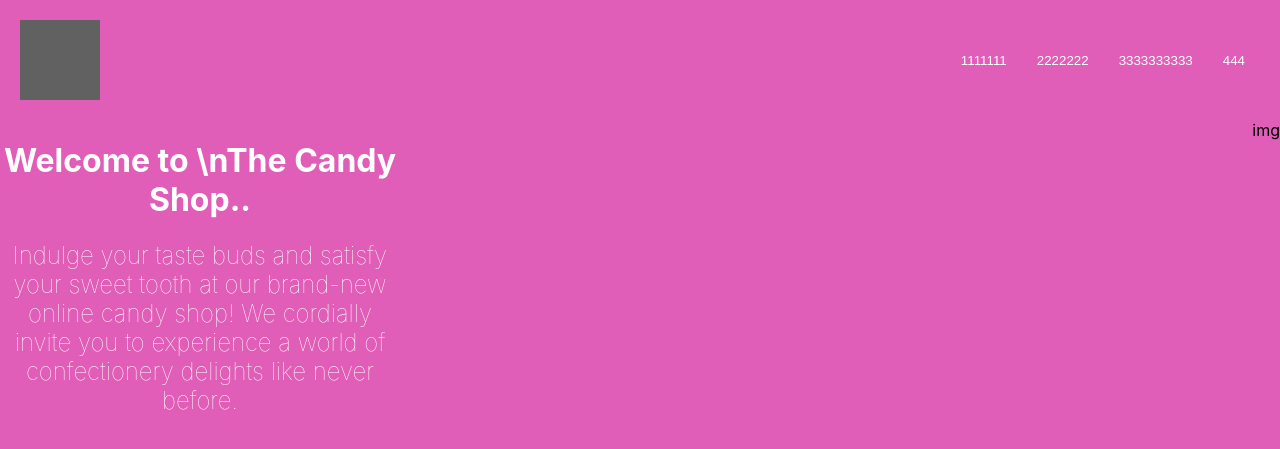
Repository: nika-otter/CandyShop
Page: /
These files come from the project's save history. The page is drawn as it stood at one moment and after the next save; the edit follows.
The browser window is 1280 px wide. The pictures show the whole page.
Pictures or frames that could not be fetched are drawn as grey boxes. An inner scrolling area shows only its first screen. The project was rebuilt for these pictures with package versions that can differ from the ones it lists, and the page was loaded fresh each time.

Above is the page before, as saved 2023-06-10 16:54:47.

### src/App.js
import "./App.css";
import Main from "./Pages/Main";

function App() {
  return (
    <div className="App">
      <Main />
    </div>
  );
}

export default App;

### src/App.css
.App {
  text-align: center;
  /* scrollbar-width: none; */
}

.App-logo {
  height: 40vmin;
  pointer-events: none;
}

@media (prefers-reduced-motion: no-preference) {
  .App-logo {
    animation: App-logo-spin infinite 20s linear;
  }
}

.App-header {
  background-color: #282c34;
  min-height: 100vh;
  display: flex;
  flex-direction: column;
  align-items: center;
  justify-content: center;
  font-size: calc(10px + 2vmin);
  color: white;
}

.App-link {
  color: #61dafb;
}

@keyframes App-logo-spin {
  from {
    transform: rotate(0deg);
  }
  to {
    transform: rotate(360deg);
  }
}

### src/Pages/Main.jsx
import Cupcake from "../components/Cupcake";
import Map from "../components/Map";
import Reviews from "../components/Reviews";
import We from "../components/We";
import WhatWeDo from "../components/WhatWeDo";
import classes from "./Main.module.scss";

function Main() {
  return (
    <div className={classes.container}>
      <Cupcake />
      <We />
      <WhatWeDo />
      <Reviews />
      <Map />
    </div>
  );
}

export default Main;

### src/components/Cupcake.jsx
import classes from "./Cupcake.module.scss";
import Nav from "./Nav";
function Cupcake() {
  return (
    <div className={classes.container}>
      <Nav />
      <div className={classes.content}>
        <div className={classes.info}>
          <h1 className={classes.cupcake__title}>
            Welcome to \nThe Candy Shop..
          </h1>
          <h2 className={classes.cupcake__subtitle}>
            Indulge your taste buds and satisfy your sweet tooth at our
            brand-new online candy shop! We cordially invite you to experience a
            world of confectionery delights like never before.
          </h2>
        </div>
        <div className={classes.cupcake}>img</div>
      </div>
    </div>
  );
}

export default Cupcake;

### src/components/Map.jsx
import classes from "./Map.module.scss";
function Map() {
  return <div className={classes.container}></div>;
}

export default Map;

### src/components/Reviews.jsx
import classes from "./Reviews.module.scss";
function Reviews() {
  return <div className={classes.container}>Reviews</div>;
}

export default Reviews;

### src/components/We.jsx
import classes from "./We.module.scss";
function We() {
  return <div className={classes.container}>We</div>;
}

export default We;

### src/components/WhatWeDo.jsx
import classes from "./WhatWeDo.module.scss";
function WhatWeDo() {
  return <div className={classes.container}>WhatWeDo</div>;
}

export default WhatWeDo;

### src/Pages/Main.module.scss
.container {
  height: 100vh;
  background-color: pink;
  scroll-snap-type: y mandatory;
  scroll-behavior: smooth;
  overflow-y: auto;
  scrollbar-width: none;
  &::-webkit-scrollbar {
    display: none;
  }
}

### src/components/Cupcake.module.scss
.container {
  height: 100vh;
  background-color: rgb(224, 94, 183);
  scroll-snap-align: center;
}
.content {
  display: flex;
  justify-content: space-between;
}
.info {
  width: 400px;
}
.cupcake__title {
  //   font-size: large;
  color: white;
}
.cupcake__subtitle {
  color: white;
  font-weight: 100;
}
.cupcake {
  //   width: 500vw;
}

### src/components/Nav.jsx
import classes from "./Nav.module.scss";
function Nav() {
  return (
    <nav className={classes.container}>
      <img
        src="https://cdn-icons-png.flaticon.com/512/1888/1888765.png"
        alt=""
      />
      <div>
        {" "}
        <button>1111111</button>
        <button>2222222</button>
        <button>3333333333</button>
        <button>444</button>
      </div>
    </nav>
  );
}

export default Nav;

### src/components/Map.module.scss
.container {
  height: 100vh;
  background-color: rgb(205, 127, 140);
  scroll-snap-align: center;
}

### src/components/Reviews.module.scss
.container {
  height: 100vh;
  background-color: pink;
  scroll-snap-align: center;
}

### src/components/We.module.scss
.container {
  height: 100vh;
  background-color: rgb(209, 183, 188);
  scroll-snap-align: center;
}

### src/components/WhatWeDo.module.scss
.container {
  height: 100vh;
  background-color: rgb(171, 116, 125);
  scroll-snap-align: center;
}

### src/components/Nav.module.scss
.container {
  display: flex;
  justify-content: space-between;
  padding: 20px;
  max-width: 1400px;
  align-items: center;
  img {
    width: 80px;
    height: 80px;
    filter: invert(100%);
  }
  button {
    background-color: transparent;
    border: none;
    cursor: pointer;
    padding: 5px;
    margin: 10px;
    color: white;
    &:hover {
      background-color: #f5f5f530;
      border-radius: 5px;
    }
  }
}

Loaded but not shown: public/index.html (common file); src/index.js (common file); src/index.css (common file)

After the next save:
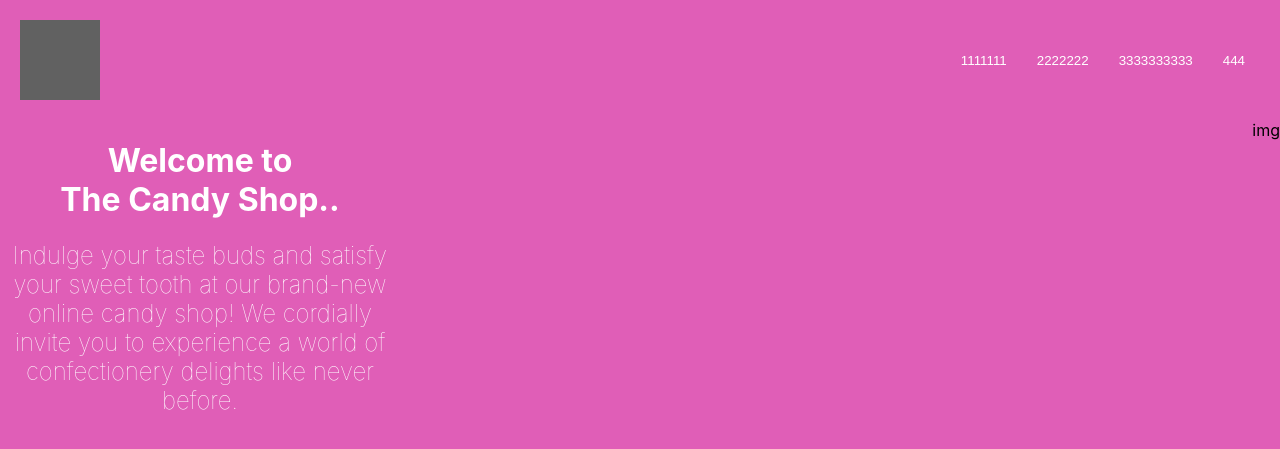
Saved 37 s later.
--- a/src/components/Cupcake.jsx
+++ b/src/components/Cupcake.jsx
@@ -7,7 +7,9 @@ function Cupcake() {
       <div className={classes.content}>
         <div className={classes.info}>
           <h1 className={classes.cupcake__title}>
-            Welcome to \nThe Candy Shop..
+            Welcome to
+            <br />
+            The Candy Shop..
           </h1>
           <h2 className={classes.cupcake__subtitle}>
             Indulge your taste buds and satisfy your sweet tooth at our
